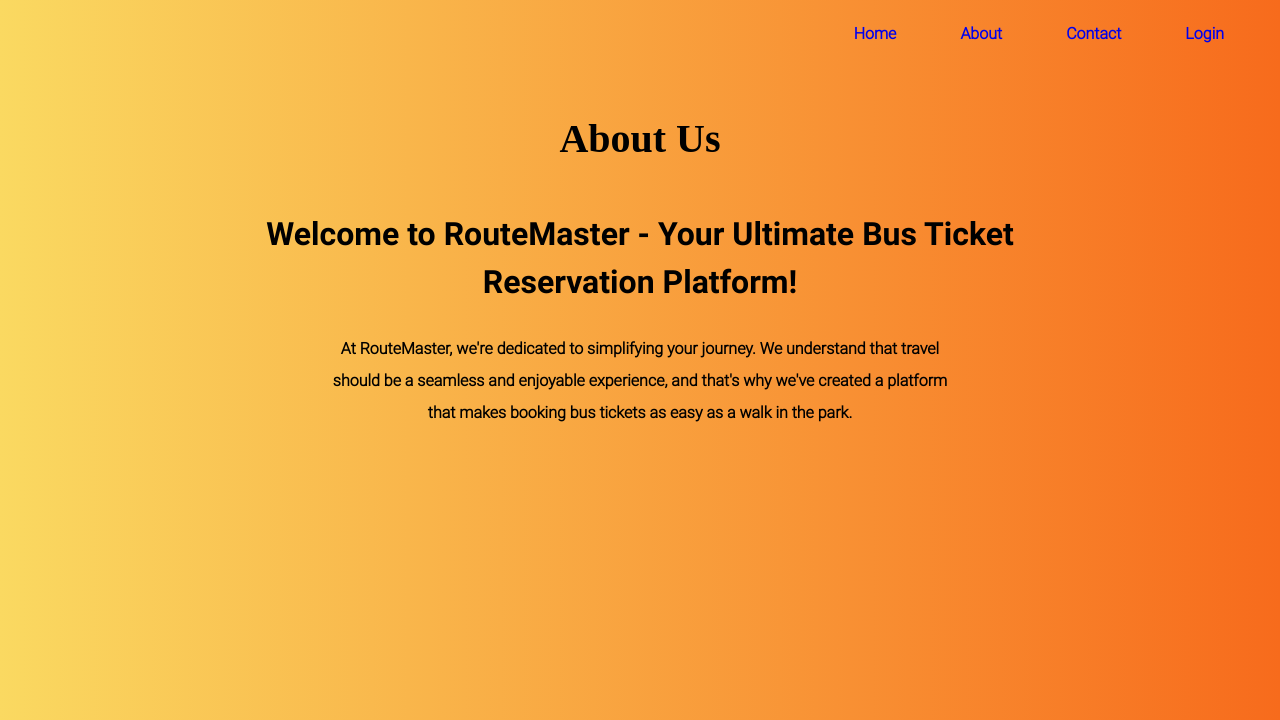
Repository: Savindushehan/RouteMaster-Group-project
Page: http://localhost/RouterMaster/AboutUs.jsp
The author's editor kept a copy of each file at every save. The page is drawn from the files as they stood at one save, then again after the next save.
The browser window is 1280 px wide. The pictures show the whole page.
The page is served by Tomcat 10.

Above is the page before, as saved 2023-10-23 09:17:54.
Console error: TypeError: Cannot set properties of null (setting 'onmousemove')

After the next save:
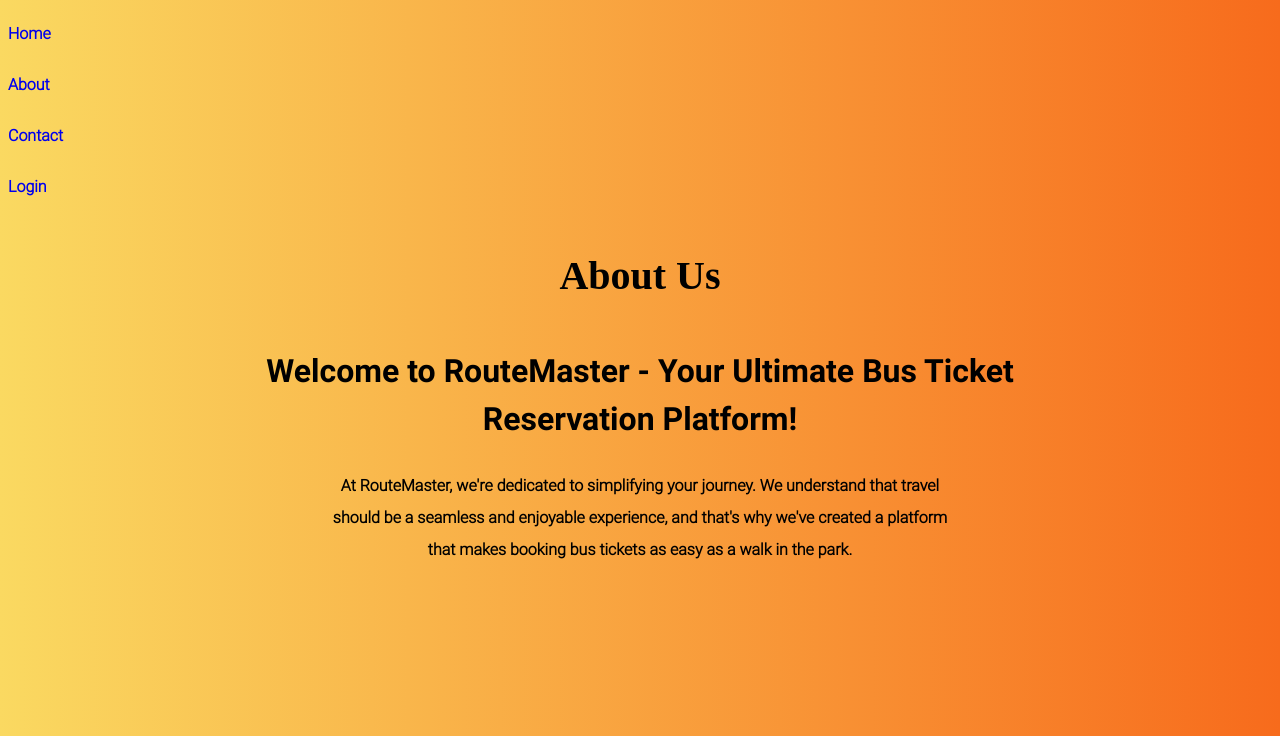
Saved 18 s later.
--- a/RouteMaster/RouterMaster/src/main/webapp/AboutUs.jsp
+++ b/RouteMaster/RouterMaster/src/main/webapp/AboutUs.jsp
@@ -39,8 +39,7 @@
             height: 100vh;
 
         }
-
-        .head{
+        .header{
             display: flex;
             flex-direction: row;
             justify-content: right;

After the save that followed:
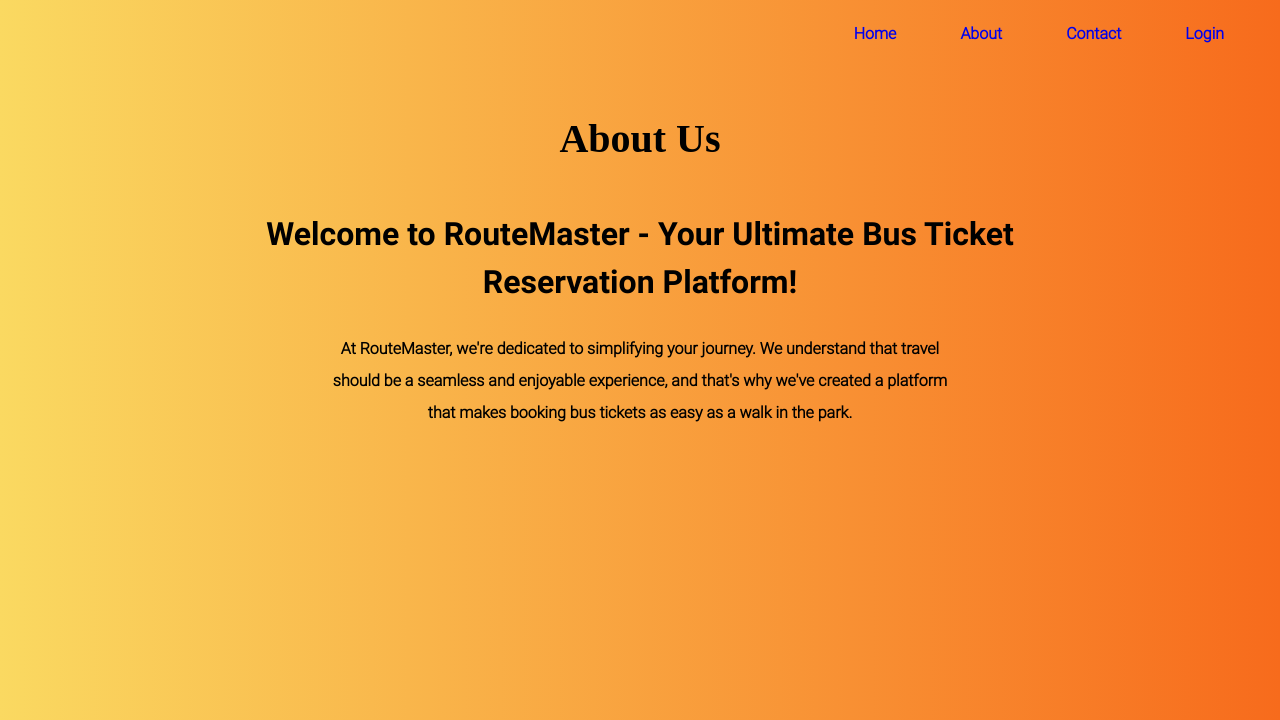
Saved 7 s later.
--- a/RouteMaster/RouterMaster/src/main/webapp/AboutUs.jsp
+++ b/RouteMaster/RouterMaster/src/main/webapp/AboutUs.jsp
@@ -39,7 +39,7 @@
             height: 100vh;
 
         }
-        .header{
+        .head{
             display: flex;
             flex-direction: row;
             justify-content: right;
